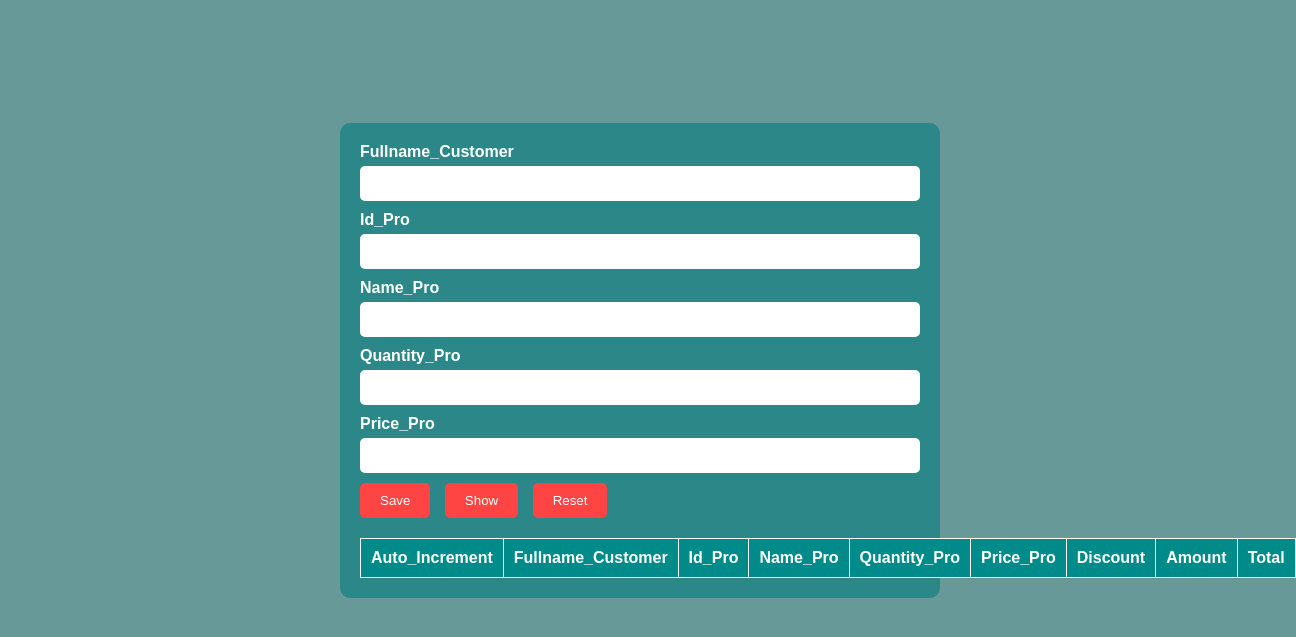
Repository: LeTiepTuyen/homework2
Page: clothes_form_with_array.html
These files come from the project's save history. The page is drawn as it stood at one moment and after the next save; the edit follows.
The browser window is 1280 px wide. The page is 1296 px wide, then 1280 px, so the pictures cover 1296 px, including what lies to the right of the window. The pictures show the whole page.

Above is the page before, as saved 2024-09-20 21:47:23.

After the next save:
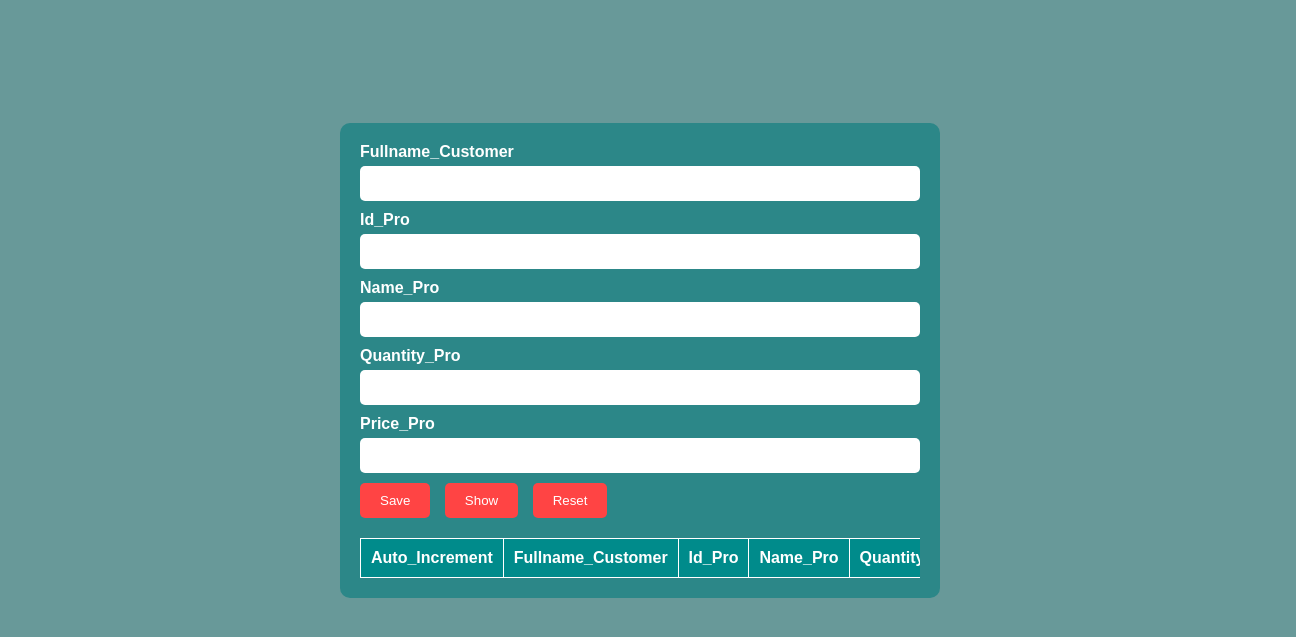
Saved 2 min 34 s later.
--- a/style2.css
+++ b/style2.css
@@ -11,6 +11,7 @@ body {
   justify-content: center;
   align-items: center;
   height: 100vh;
+  overflow: hidden;
 }
 
 .container {
@@ -19,6 +20,7 @@ body {
   border-radius: 10px;
   width: 600px;
   color: white;
+  overflow-x: auto; /* Cho phép cuộn ngang nếu bảng vượt quá chiều rộng */
 }
 
 input {
@@ -53,7 +55,6 @@ table {
   width: 100%;
   border-collapse: collapse;
   margin-top: 20px;
-  display: table; /* Initially shown */
 }
 
 th,
@@ -70,3 +71,9 @@ thead {
 tbody {
   background-color: #00baba;
 }
+
+.container table {
+  display: block;
+  width: 100%;
+  overflow-x: auto; /* Đảm bảo bảng không bị tràn ra ngoài container */
+}
